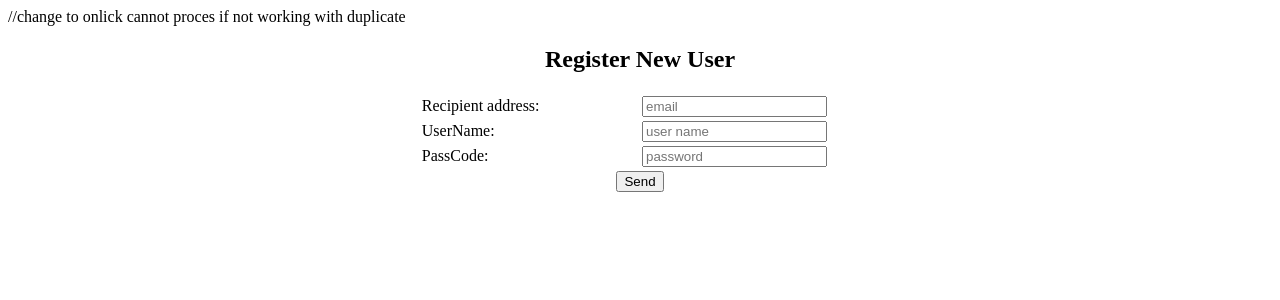
Repository: UnforgivenZZZ/bulldog
Page: http://localhost/bulldog/EmailForm.jsp
These files come from the project's save history. The page is drawn as it stood at one moment and after the next save; the edit follows.
The browser window is 1280 px wide. The pictures show the whole page.
The page is served by Tomcat 9.

Above is the page before, as saved 2017-07-07 08:17:32.

After the next save:
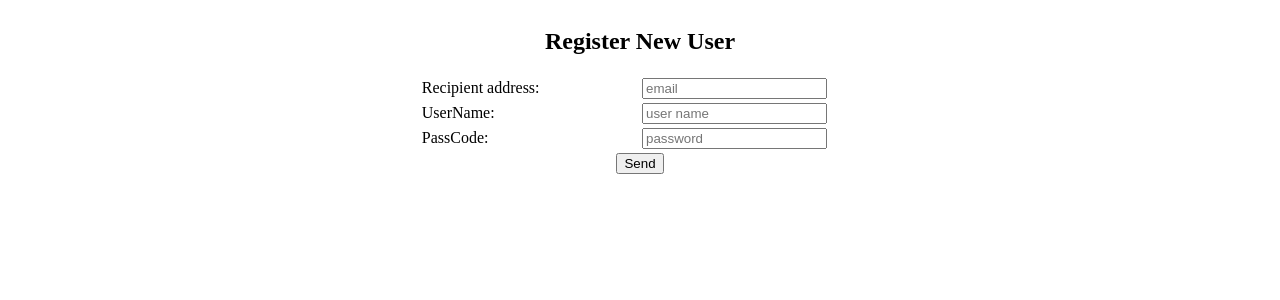
Saved 9 h 41 min later.
--- a/bulldog/WebContent/EmailForm.jsp
+++ b/bulldog/WebContent/EmailForm.jsp
@@ -24,7 +24,7 @@
             </tr>
 
             <tr>
-            //change to onlick cannot proces if not working with duplicate
+            <!-- change to onlick cannot proces if not working with duplicate -->
                 <td colspan="2" align="center"><input type="submit" value="Send" formaction="EmailSendingServlet"/></td>
             </tr>
         </table>
